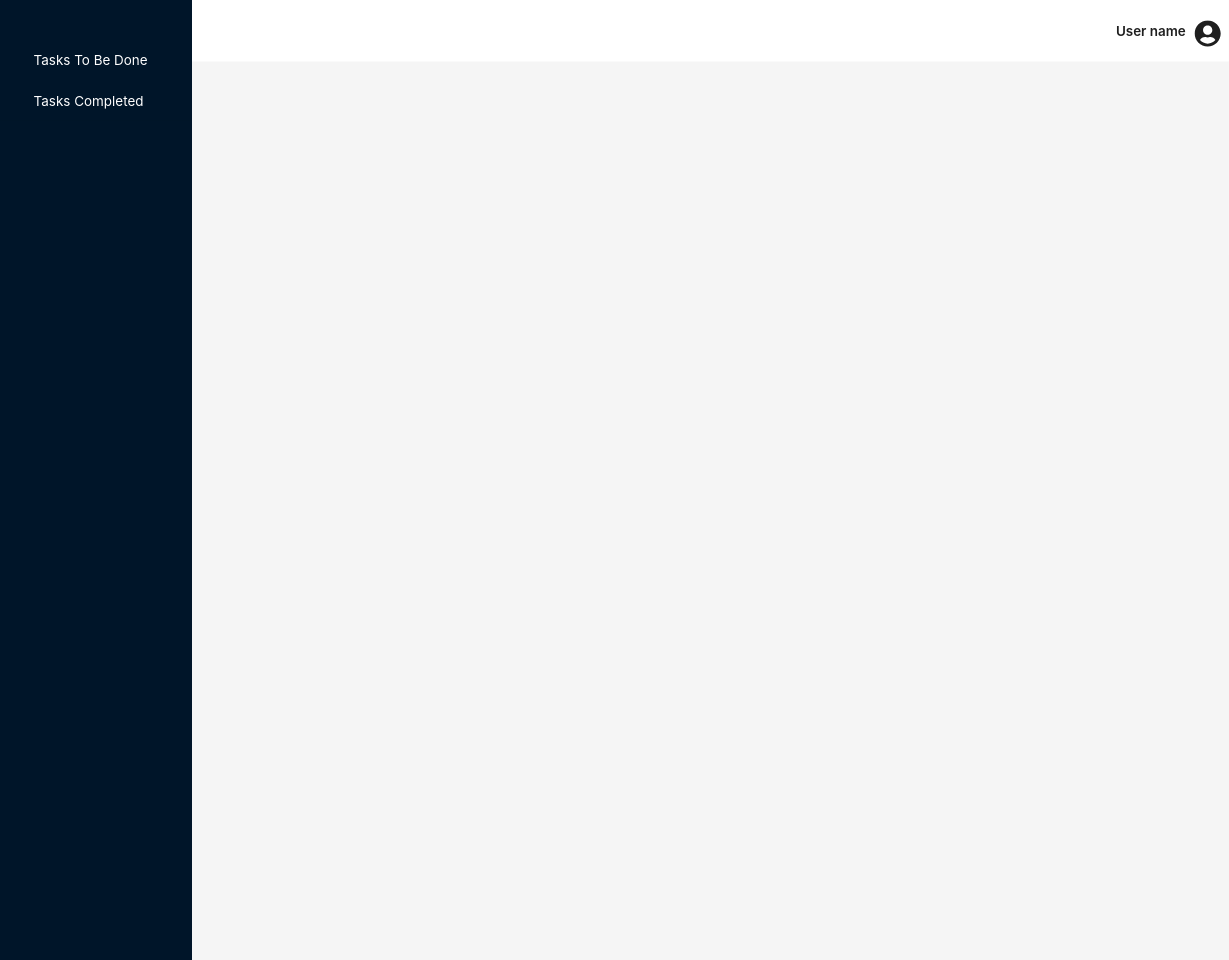
Repository: runner855/todolist_new
Page: /
An editor plug-in stored every save of this project. The page is shown before and after the next save, followed by the edit.
The browser window is 1280 px wide. The pictures show the whole page, at 96% of full size.
The project was rebuilt for these pictures with package versions that can differ from the ones it lists, and the page was loaded fresh each time.

Above is the page before, as saved 2023-03-19 22:28:54.

### src/index.tsx
import React from "react";
import ReactDOM from "react-dom/client";
import "./index.css";
import { App } from "./App";
import { BrowserRouter } from "react-router-dom";

const root = ReactDOM.createRoot(
  document.getElementById("root") as HTMLElement
);
root.render(
  <React.StrictMode>
    <BrowserRouter>
    <App />
    </BrowserRouter>
  </React.StrictMode>
);

### src/App.tsx
import React from 'react';
import './App.css';
import { NavBar } from './components/NavBar/NavBar';

export const App = () =>{
  return (
    <div className="App">
      <NavBar/>

    </div>
  );
}

### src/components/NavBar/NavBar.tsx
import React from 'react';

import { Layout, Menu, theme } from 'antd';
import { FaUserCircle } from 'react-icons/fa';
import { PagesArray } from '../../Utilities/Utility'
import "../NavBar/NavBar.css";
import { NavLink } from 'react-router-dom';

const { Header, Content, Footer, Sider } = Layout;

export const NavBar = () => {

  const {
    token: { colorBgContainer },
  } = theme.useToken();

  return (
      <Layout>
      <Sider
        breakpoint="lg"
        collapsedWidth="0"
        style={{height:1000}}
        onBreakpoint={(broken) => {
          console.log(broken);
        }}
        onCollapse={(collapsed, type) => {
          console.log(collapsed, type);
        }}
      >
        <div className="logo" />
        {/* <Menu
          theme="dark"
          mode="inline"
          items={PagesArray && PagesArray.map(
            (item, index) => ({
              key: index,

              label:  item.label ? <NavLink   to={item.to}>{item.label}</NavLink> :
              <img  className="logo"src={item.image} alt="logo"/>
            })
          )}


        /> */}
      <Menu theme="dark" mode="inline">{PagesArray && PagesArray.map((item, index) => {
        return (
        <ul className='links_container'>
          <li className='item_link'>{ <NavLink to={item.to}>{item.label}</NavLink>}</li>
        </ul>



        )
      })}</Menu>
      </Sider>
      <Layout>
        <Header style={{ padding: 0, background: colorBgContainer }}>
        <div className='avatar_container'>
          <ul className='user'>
            <li className='user_text'>User name</li>
            <li className='user_icon'><FaUserCircle/></li>

          </ul>
          </div>

        </Header>
      </Layout>
    </Layout>
   );
}

### src/Utilities/Utility.tsx
import { TASKS_TO_BE_DONE, TASKS_COMPLETED } from '../Constants/Dictionary';
import { AppUrls } from '../Types/appTypes';
import { LOGO } from '../Constants/Dictionary';
export const PagesArray = [
  {image:LOGO},
  {label: TASKS_TO_BE_DONE, to: AppUrls.TASKS_TO_BE_DONE},
  {label: TASKS_COMPLETED, to: AppUrls.TASKS_COMPLETED},

]

### src/components/NavBar/NavBar.css
#components-layout-demo-responsive .logo {
  height: 32px;
  margin: 16px;
  background: rgba(255, 255, 255, 0.2);
}

li {
  list-style-type: none;
}

.user {
  display: flex;
  flex-direction: row;
  justify-content: right;
}

.user_icon {
  font-size: 2em;
  margin-right: 0.1em;
  margin: 0em 0.3em 0em 0.3em;
  line-height: 1.8;
}

.user_text {
  line-height: 2.7;
  font-weight: 600;
}

img {
  height: 3em;
  text-align: center;
}

.links_container {
  display: flex;
  flex: column;
}

.item_link {
  margin: 1.5em;
  background-color: red;
}

.item_link a:active {
  border-left: solid red 2px;
  background: rgba(255, 255, 255, 0.2);
}
a {
  color: white !important;
  margin-left: 1em;
}

.logo {
  background-color: red;
}

### src/Constants/Dictionary.ts
export const TASKS_TO_BE_DONE = "Tasks To Be Done";
export const TASKS_COMPLETED = "Tasks Completed"
export const LOGO = "LOGO";

### src/Types/appTypes.tsx

export enum AppUrls {
  TASKS_TO_BE_DONE = `/tasks_to_be_done`,
  TASKS_COMPLETED = "/tasks_copleted",

}

export enum LanguageEnum {
  EN = "en",
}

Loaded but not shown: public/index.html (common file); src/index.css (common file); src/App.css (common file)

After the next save:
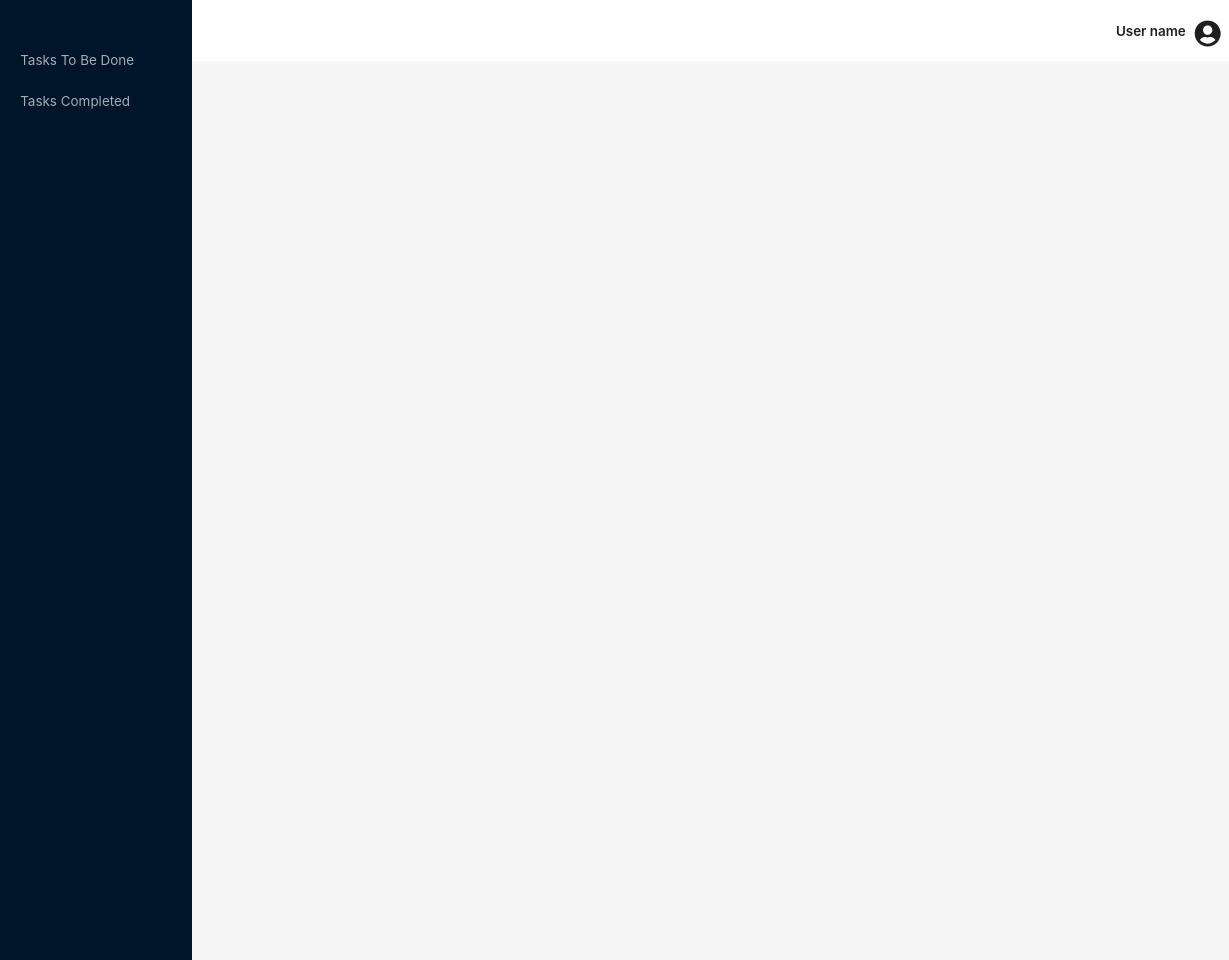
Saved 31 s later.
--- a/src/components/NavBar/NavBar.tsx
+++ b/src/components/NavBar/NavBar.tsx
@@ -45,7 +45,7 @@ export const NavBar = () => {
       <Menu theme="dark" mode="inline">{PagesArray && PagesArray.map((item, index) => {
         return (
         <ul className='links_container'>
-          <li className='item_link'>{ <NavLink to={item.to}>{item.label}</NavLink>}</li>
+          <li className='item_link'>{item.label}</li>
         </ul>
 
 
